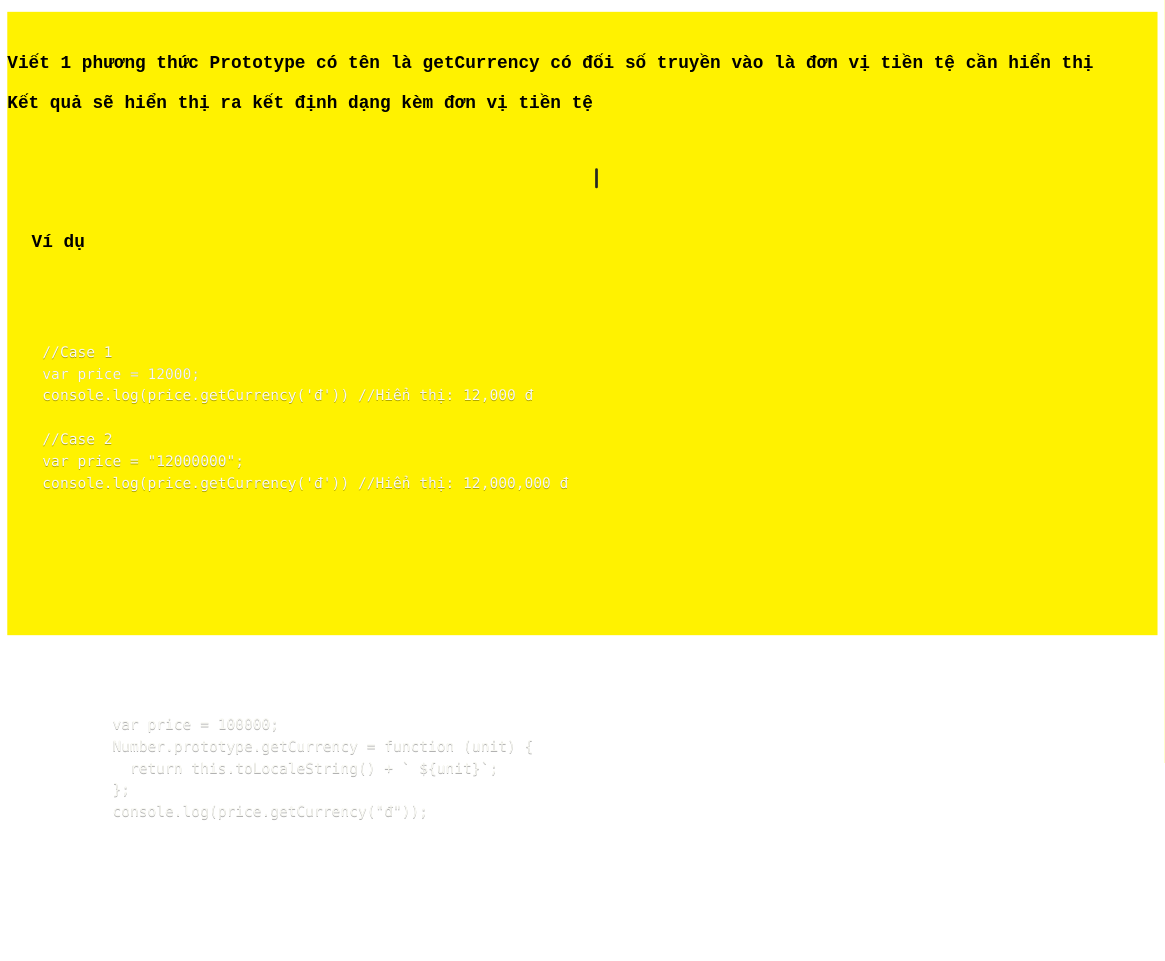
Repository: Dongnguyen318/Quydong
Page: Day 22.1/ex02.html
An editor plug-in stored every save of this project. The page is shown before and after the next save, followed by the edit.
The browser window is 1280 px wide. The pictures show the whole page, at 91% of full size.

Above is the page before, as saved 2023-09-05 23:05:30.

After the next save:
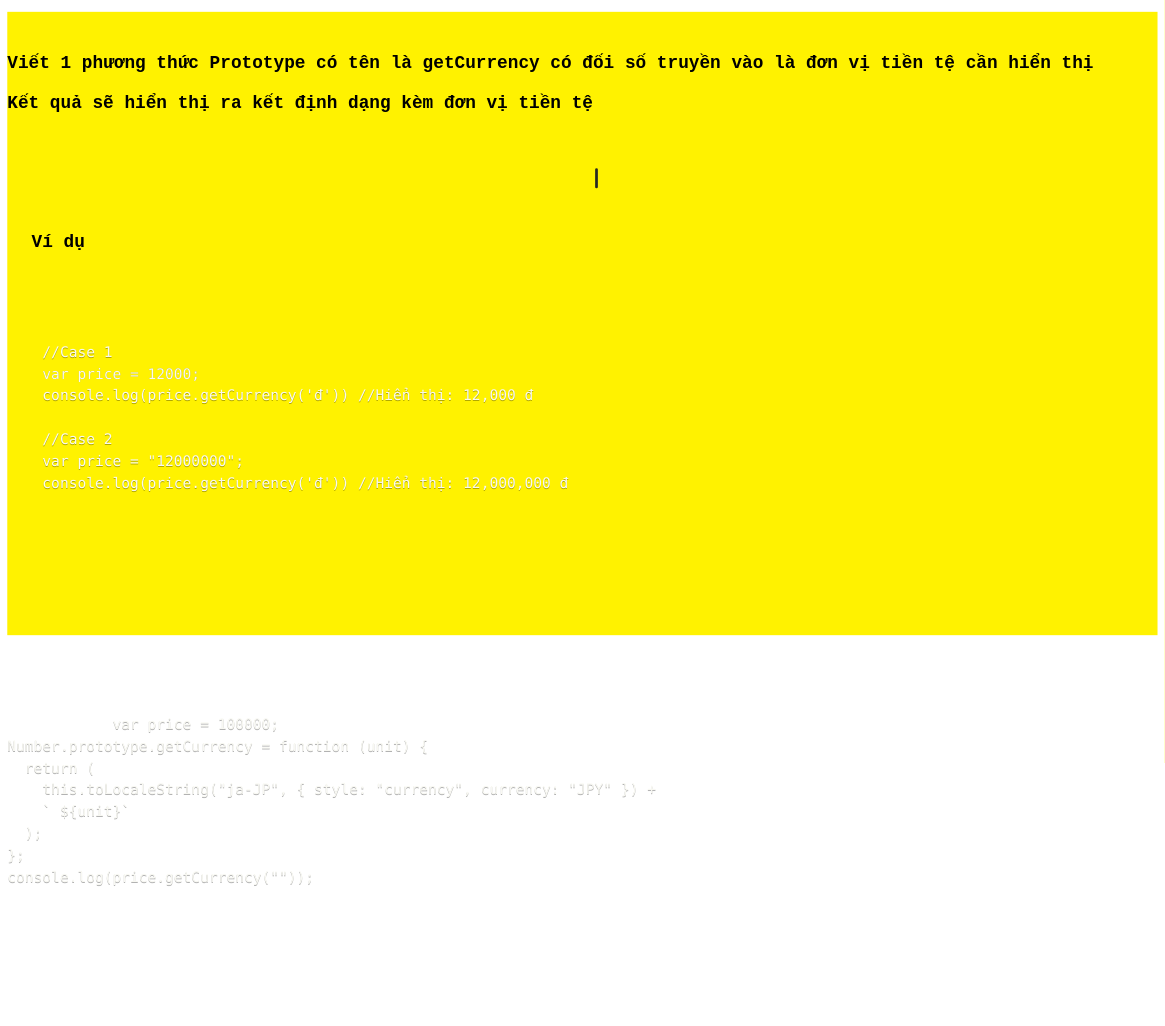
Saved 18 s later.
--- a/Day 22.1/ex02.html
+++ b/Day 22.1/ex02.html
@@ -41,10 +41,13 @@ Kết quả sẽ hiển thị ra kết định dạng kèm đơn vị tiền t
     <pre>
         <code class="language-js">
             var price = 100000;
-            Number.prototype.getCurrency = function (unit) {
-              return this.toLocaleString() + ` ${unit}`;
-            };
-            console.log(price.getCurrency("đ"));
+Number.prototype.getCurrency = function (unit) {
+  return (
+    this.toLocaleString("ja-JP", { style: "currency", currency: "JPY" }) +
+    ` ${unit}`
+  );
+};
+console.log(price.getCurrency(""));
 
 
 
